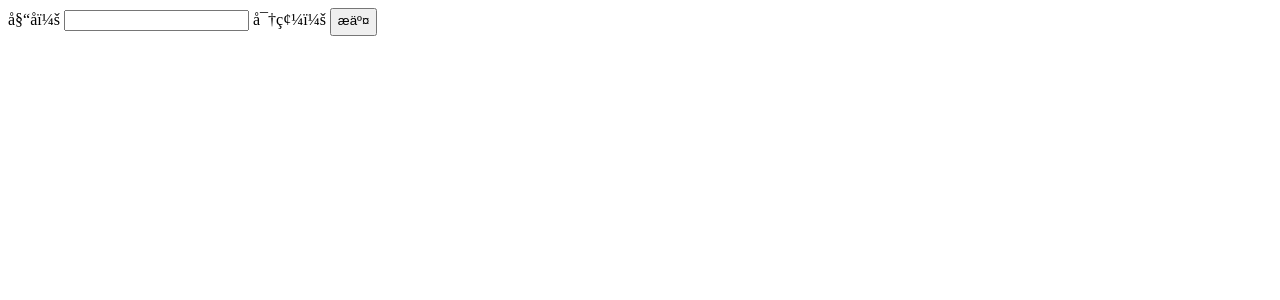
Repository: Lansefanggezi/JavaWeb
Page: http://localhost/Spring-MVC/register.jsp
An editor plug-in stored every save of this project. The page is shown before and after the next save, followed by the edit.
The browser window is 1280 px wide. The pictures show the whole page.
The page is served by Tomcat 9. Nobody is signed in. The application's start-up code is not run. Other server files are loaded and not shown.

Above is the page before, as saved 2018-04-04 13:37:51.

### Spring-MVC/WebContent/register.jsp
<?xml version="1.0" encoding="ISO-8859-1" ?>
<%@ page language="java" contentType="text/html; charset=ISO-8859-1"
    pageEncoding="ISO-8859-1"%>
<!DOCTYPE html PUBLIC "-//W3C//DTD XHTML 1.0 Transitional//EN" "http://www.w3.org/TR/xhtml1/DTD/xhtml1-transitional.dtd">
<html xmlns="http://www.w3.org/1999/xhtml">
<head>
<meta http-equiv="Content-Type" content="text/html; charset=ISO-8859-1" />
<title>Insert title here</title>
</head>
<body>

<form action="/mvc/pringWelcome">
	<label>姓名：</label>
	<input type="text" id="userName" />
	<label>密碼：</label>
	<input type="submit" value="提交" />
</form>
</body>
</html>

After the next save:
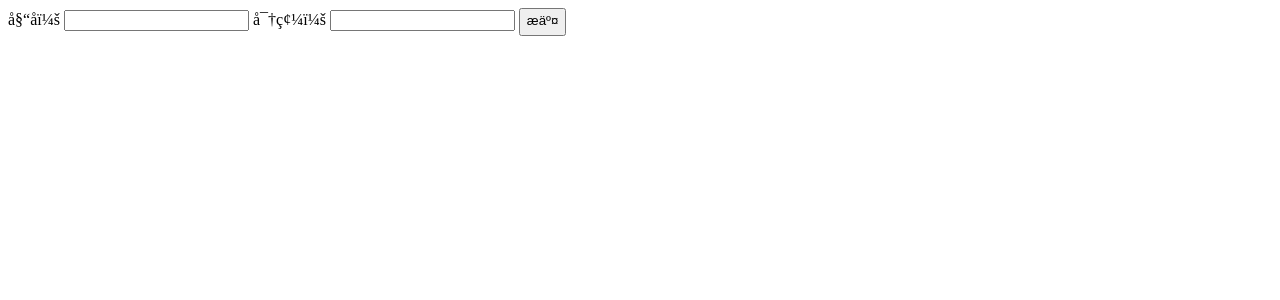
Saved 6 s later.
--- a/Spring-MVC/WebContent/register.jsp
+++ b/Spring-MVC/WebContent/register.jsp
@@ -13,6 +13,7 @@
 	<label>姓名：</label>
 	<input type="text" id="userName" />
 	<label>密碼：</label>
+	<input />
 	<input type="submit" value="提交" />
 </form>
 </body>
